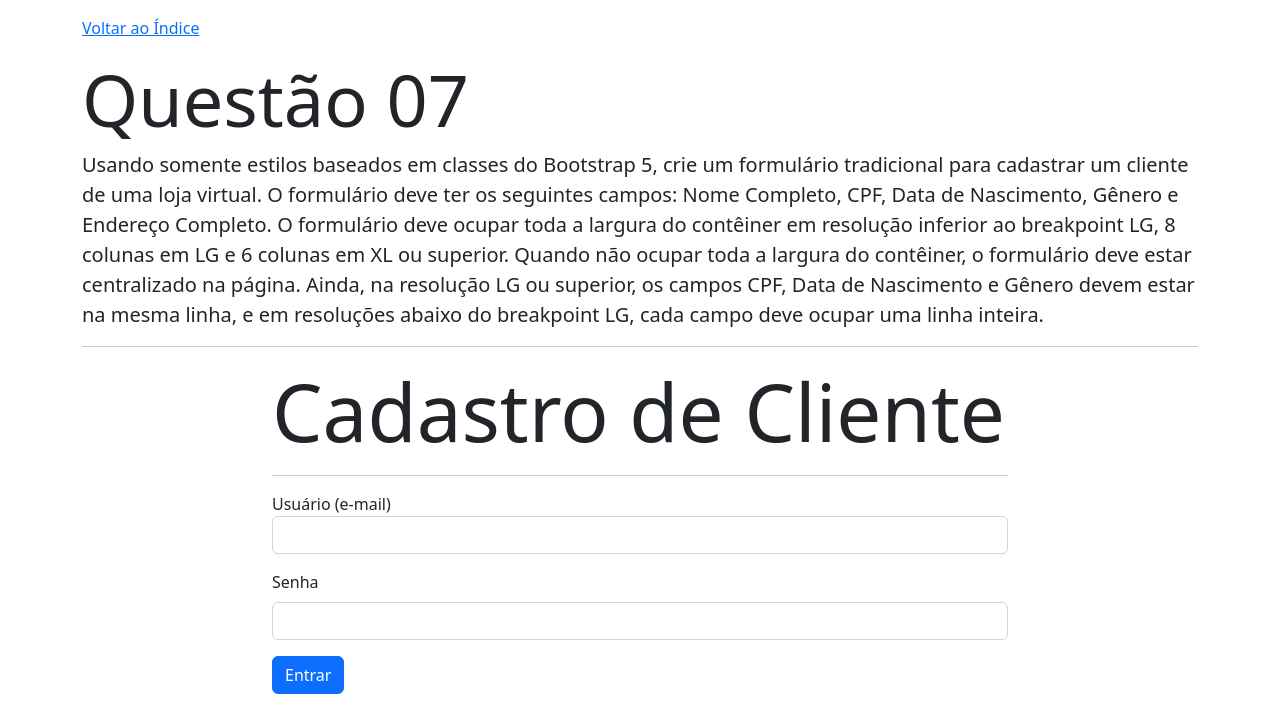
Repository: In-Game-full/Reprograme-se
Page: S-8/Atividade-Pratica-da-Semana-3-do-Replit/questao07.html
These files come from the project's save history. The page is drawn as it stood at one moment and after the next save; the edit follows.
The browser window is 1280 px wide. The pictures show the whole page.

Above is the page before, as saved 2023-09-12 15:23:41.

### S-8/Atividade-Pratica-da-Semana-3-do-Replit/questao07.html
<!DOCTYPE html>
<html lang="pt-br">

<head>
    <meta charset="UTF-8">
    <meta http-equiv="X-UA-Compatible" content="IE=edge">
    <meta name="viewport" content="width=device-width, initial-scale=1.0">
    <link href="https://cdn.jsdelivr.net/npm/bootstrap@5.2.2/dist/css/bootstrap.min.css" rel="stylesheet">
    <link href="https://cdn.jsdelivr.net/npm/bootstrap-icons@1.10.2/font/bootstrap-icons.css" rel="stylesheet">
    <script src="https://cdn.jsdelivr.net/npm/bootstrap@5.2.2/dist/js/bootstrap.bundle.min.js"></script>
    <title>Questão 07</title>
</head>

<body>
    <div class="container my-3">
        <p><a href="index.html">Voltar ao Índice</a></p>
        <h1 class="display-2">Questão 07</h1>
        <p class="lead">Usando somente estilos baseados em classes do Bootstrap 5, crie um formulário tradicional para cadastrar um cliente de uma loja virtual. O formulário deve ter os seguintes campos: Nome Completo, CPF, Data de Nascimento, Gênero e Endereço Completo. O formulário deve ocupar toda a largura do contêiner em resolução inferior ao breakpoint LG, 8 colunas em LG e 6 colunas em XL ou superior. Quando não ocupar toda a largura do contêiner, o formulário deve estar centralizado na página. Ainda, na resolução LG ou superior, os campos CPF, Data de Nascimento e Gênero devem estar na mesma linha, e em resoluções abaixo do breakpoint LG, cada campo deve ocupar uma linha inteira.</p>
        <hr>
    </div>
    <!-- Valor: 1.5 pontos -->
    <!-- FAZER AQUI -->
    <div class="container">
        <div class="row justify-content-center">
            <div class="col-sm-12 col-lg-8 clo-xl-6">
                <h1 class="display-1">Cadastro de Cliente</h1>
                <hr>
                <form action="">
                    <div class="mb-3">
                        <label for="" cass="form-label">Usuário (e-mail)</label>
                        <input type="text" class="form-control">
                    </div>
                    <div class="mb-3">
                        <label for="" class="form-label">Senha</label>
                        <input type="text" class="form-control">
                    </div>
                    <button type="submit" class="btn btn-primary">Entrar</button>
                </form>
            </div>
        </div>
    </div>
</body>

</html>

After the next save:
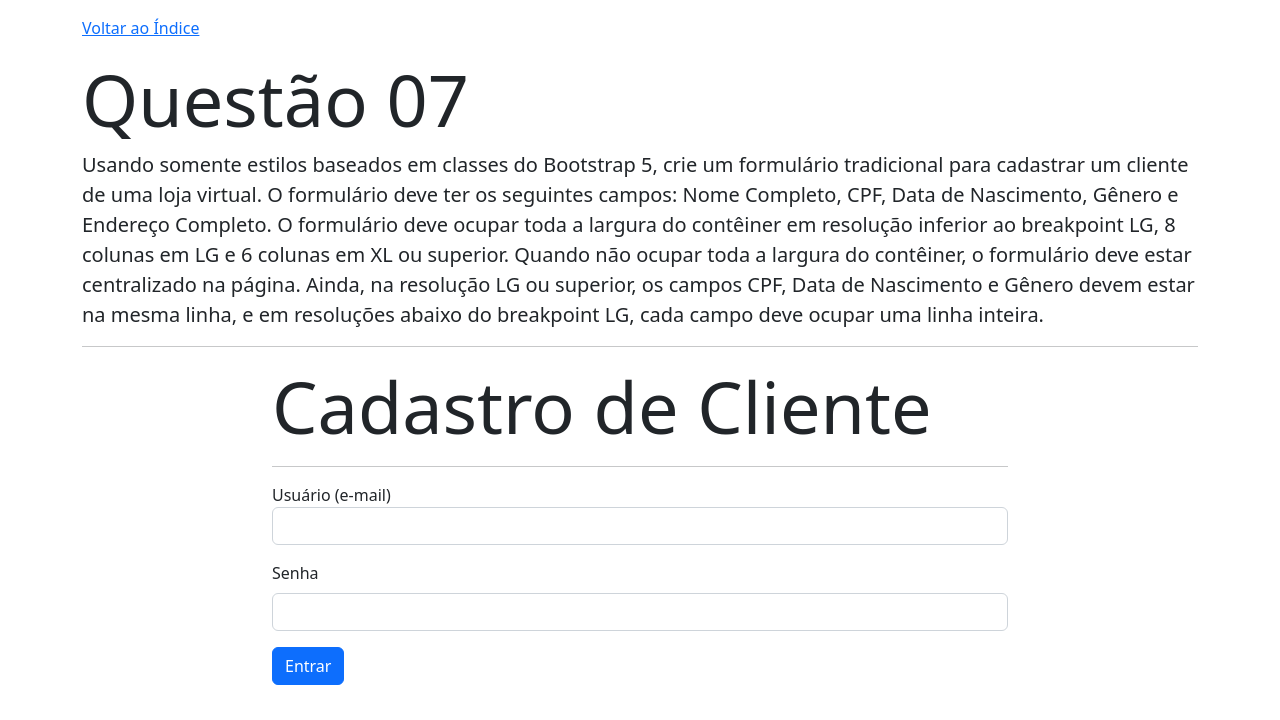
Saved 79 s later.
--- a/S-8/Atividade-Pratica-da-Semana-3-do-Replit/questao07.html
+++ b/S-8/Atividade-Pratica-da-Semana-3-do-Replit/questao07.html
@@ -23,7 +23,7 @@
     <div class="container">
         <div class="row justify-content-center">
             <div class="col-sm-12 col-lg-8 clo-xl-6">
-                <h1 class="display-1">Cadastro de Cliente</h1>
+                <h1 class="display-2">Cadastro de Cliente</h1>
                 <hr>
                 <form action="">
                     <div class="mb-3">
